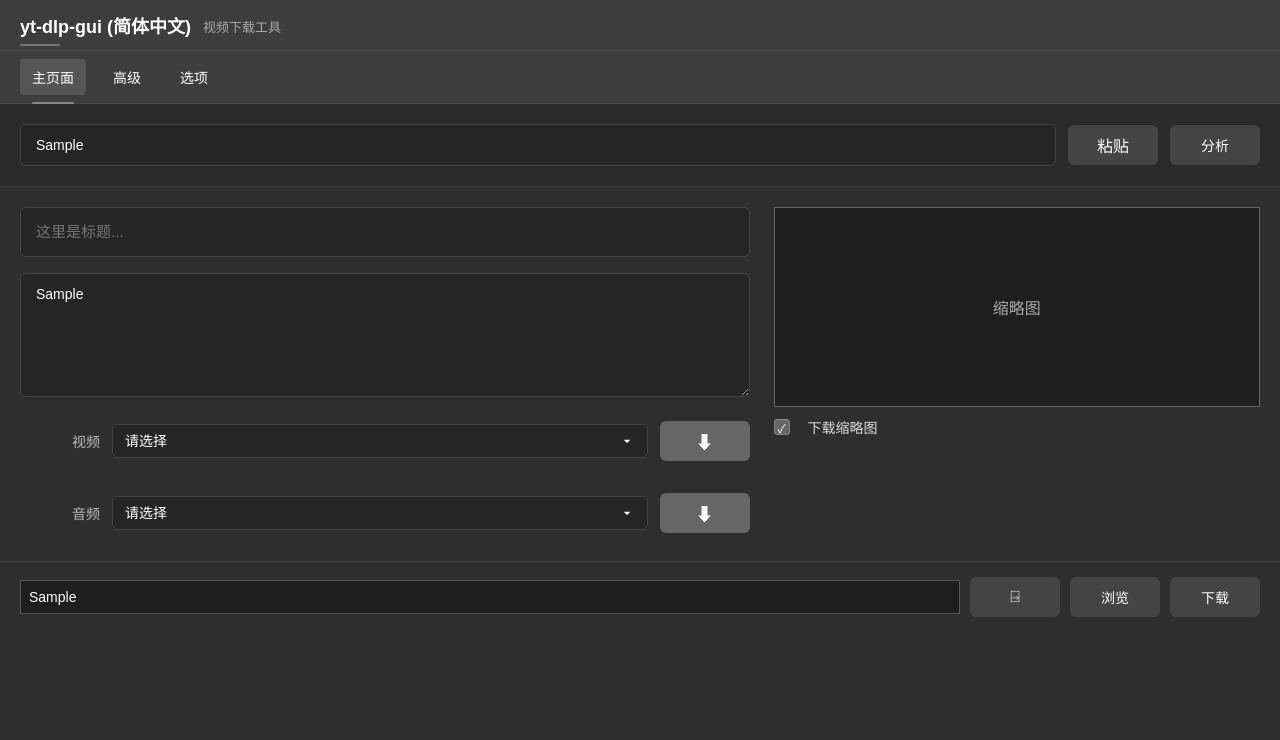
Repository: zArvin6808/yt-TubeSaver
Page: index.html
The author's editor kept a copy of each file at every save. The page is drawn from the files as they stood at one save, then again after the next save.
The browser window is 1280 px wide. The pictures show the whole page.
Empty fields were first filled with sample values (such as "Sample", 5 or name@example.com).
After loading, the first visible `#pasteButton` was clicked once.

Above is the page before, as saved 2025-06-07 16:49:27.

After the next save:
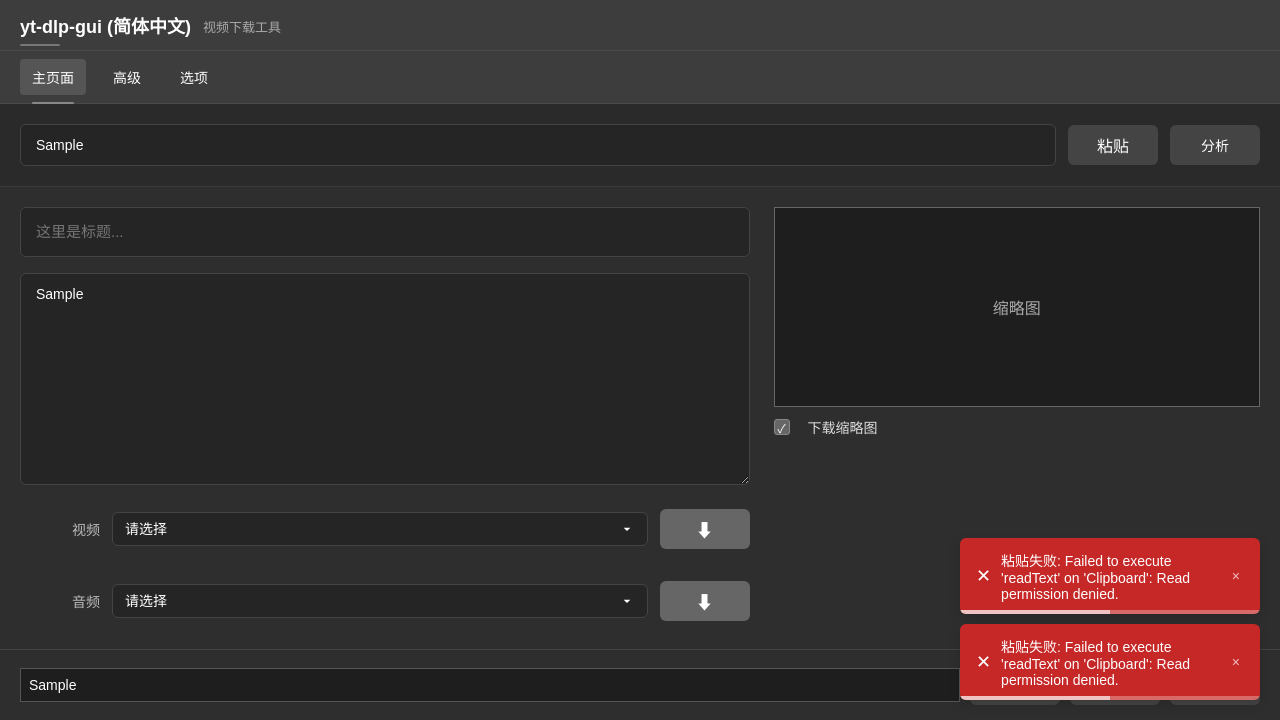
Saved 39 s later.
--- a/script.js
+++ b/script.js
@@ -171,15 +171,69 @@
     }
 
     function showToast(message, type = 'info') {
-        const toast = document.createElement('div');
-        toast.className = `toast toast-${type}`;
-        toast.textContent = message;
-        document.body.appendChild(toast);
-
-        setTimeout(() => {
-            toast.classList.add('fade-out');
-            setTimeout(() => toast.remove(), 300);
+      // 确保容器存在
+      let container = document.querySelector('.toast-container');
+      if (!container) {
+        container = document.createElement('div');
+        container.className = 'toast-container';
+        document.body.appendChild(container);
+      }
+
+      const icons = {
+        success: '✓',
+        error: '✕',
+        warning: '⚠',
+        info: 'ℹ'
+      };
+
+      const toast = document.createElement('div');
+      toast.className = `toast toast-${type}`;
+
+      // 添加图标
+      const icon = document.createElement('span');
+      icon.className = 'toast-icon';
+      icon.textContent = icons[type] || icons.info;
+      toast.appendChild(icon);
+
+      // 添加消息
+      const messageEl = document.createElement('span');
+      messageEl.textContent = message;
+      toast.appendChild(messageEl);
+
+      // 添加关闭按钮
+      const closeBtn = document.createElement('span');
+      closeBtn.className = 'toast-close';
+      closeBtn.innerHTML = '&times;';
+      closeBtn.addEventListener('click', () => {
+        toast.classList.add('hide');
+        setTimeout(() => toast.remove(), 300);
+      });
+      toast.appendChild(closeBtn);
+
+      container.appendChild(toast);
+
+      // 显示toast
+      setTimeout(() => toast.classList.add('show'), 10);
+
+      // 自动隐藏
+      const timeout = setTimeout(() => {
+        toast.classList.add('hide');
+        setTimeout(() => toast.remove(), 300);
+      }, 3000);
+
+      // 鼠标悬停时暂停自动隐藏
+      toast.addEventListener('mouseenter', () => {
+        clearTimeout(timeout);
+        toast.style.setProperty('--progress', 'paused');
+      });
+
+      toast.addEventListener('mouseleave', () => {
+        const newTimeout = setTimeout(() => {
+          toast.classList.add('hide');
+          setTimeout(() => toast.remove(), 300);
         }, 3000);
+        toast.dataset.timeout = newTimeout;
+      });
     }
 
     // 模拟API函数
